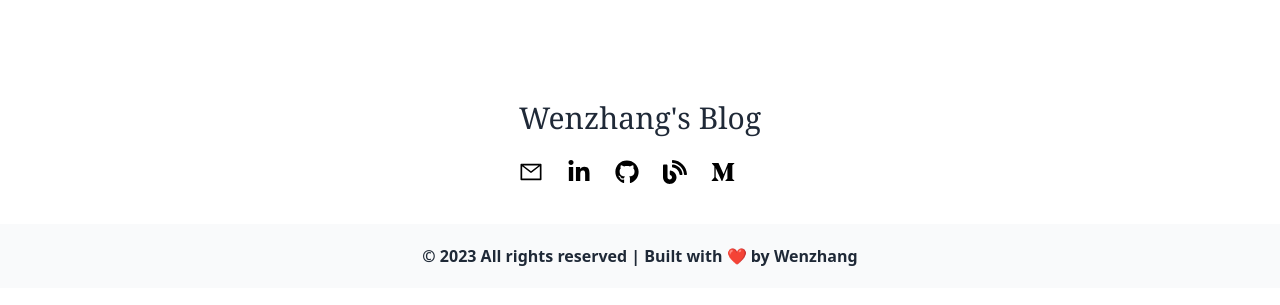
Repository: RealWenzhangGe/Wenzhang-s-Blog
Page: /components/Footer
The author's editor kept a copy of each file at every save. The page is drawn from the files as they stood at one save, then again after the next save.
The browser window is 1280 px wide. The pictures show the whole page.
The project was rebuilt for these pictures with package versions that can differ from the ones it lists, and the page was loaded fresh each time. The framework's server and built-in components were replaced by stand-ins that run in the browser. Also part of the build but not shown: next.config.js.

Above is the page before, as saved 2023-02-28 17:18:39.

### pages/components/Footer.tsx
import { AiOutlineMail } from "react-icons/ai";
import { FaLinkedinIn, FaGithub, FaBlog, FaMediumM } from "react-icons/fa";

function Footer() {
 return (
   <>
     <div
       className="flex flex-col items-start justify-around w-full h-auto pt-20 md:flex-row"
       id="contact"
     >
       <div className="p-5 ">
         <ul>
           <p className="pb-6 font-serif text-3xl text-center text-gray-800 cursor-pointer">
             Wenzhang's Blog
           </p>
           <div className="flex gap-6 pb-5">
             <a href="mailto:wenzhangge06@qq.com">
               {" "}
               <AiOutlineMail className="text-2xl cursor-pointer hover:text-gray-600" />
             </a>
             <a
               href="https://www.linkedin.com/in/wenzhang-ge-5679a821b/"
               target="_blank"
             >
               {" "}
               <FaLinkedinIn className="text-2xl cursor-pointer hover:text-blue-600" />
             </a>
             <a href="https://github.com/RealWenzhangGe" target="_blank">
               {" "}
               <FaGithub className="text-2xl cursor-pointer hover:text-gray-600" />
             </a>
             <a href="https://hashnode.com/@batool" target="_blank">
               {" "}
               <FaBlog className="text-2xl cursor-pointer hover:text-blue-600" />
             </a>
             <a href="https://medium.com/@batoolragayah" target="_blank">
               {" "}
               <FaMediumM className="text-2xl cursor-pointer hover:text-yellow-600" />
             </a>
           </div>
         </ul>
       </div>
     </div>
     <div className="flex flex-col items-center justify-center p-5 text-center bg-gray-50">
       <h1 className="font-semibold text-gray-800 ">
         © 2023 All rights reserved | Built with ❤ by{" "}
         <span className="font-semibold cursor-pointer hover:text-blue-600">
           Wenzhang{" "}
         </span>
       </h1>
     </div>
   </>
 );
}

export default Footer;

Loaded but not shown: pages/_app.tsx (common file); styles/globals.css (common file); tailwind.config.js (common file)

After the next save:
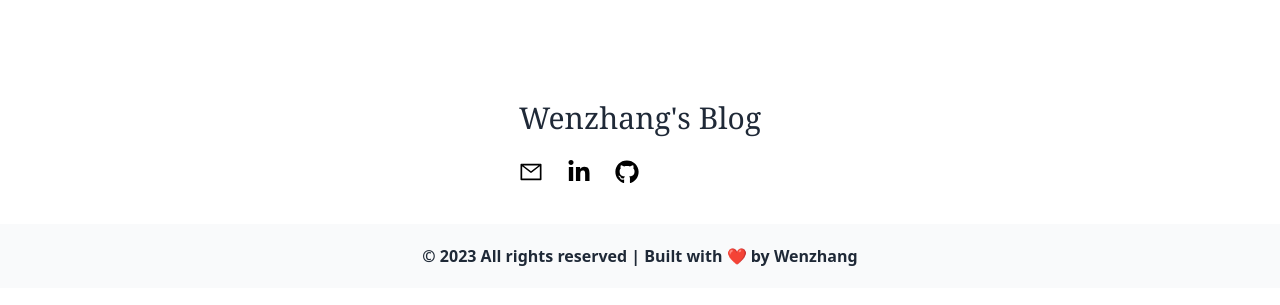
Saved 22 s later.
--- a/pages/components/Footer.tsx
+++ b/pages/components/Footer.tsx
@@ -29,14 +29,6 @@ function Footer() {
                {" "}
                <FaGithub className="text-2xl cursor-pointer hover:text-gray-600" />
              </a>
-             <a href="https://hashnode.com/@batool" target="_blank">
-               {" "}
-               <FaBlog className="text-2xl cursor-pointer hover:text-blue-600" />
-             </a>
-             <a href="https://medium.com/@batoolragayah" target="_blank">
-               {" "}
-               <FaMediumM className="text-2xl cursor-pointer hover:text-yellow-600" />
-             </a>
            </div>
          </ul>
        </div>
